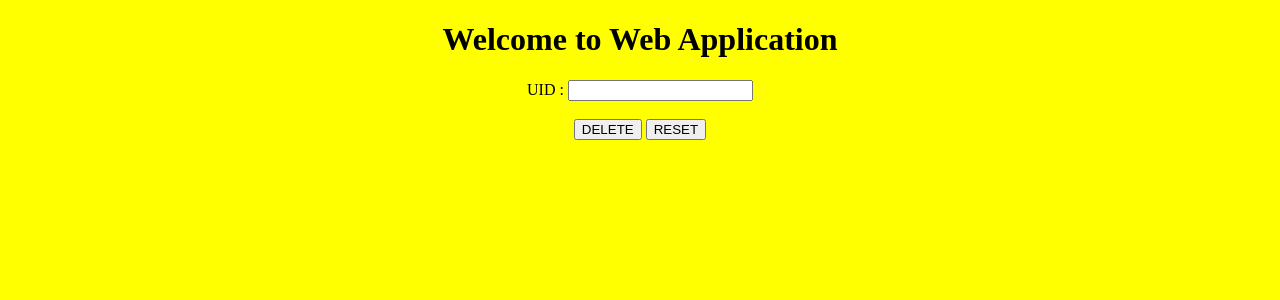
Repository: Thaneshwara848/JSP_Demo
Page: SLProject1/src/main/webapp/Register.html
An editor plug-in stored every save of this project. The page is shown before and after the next save, followed by the edit.
The browser window is 1280 px wide. The pictures show the whole page.

Above is the page before, as saved 2022-08-08 16:30:32.

After the next save:
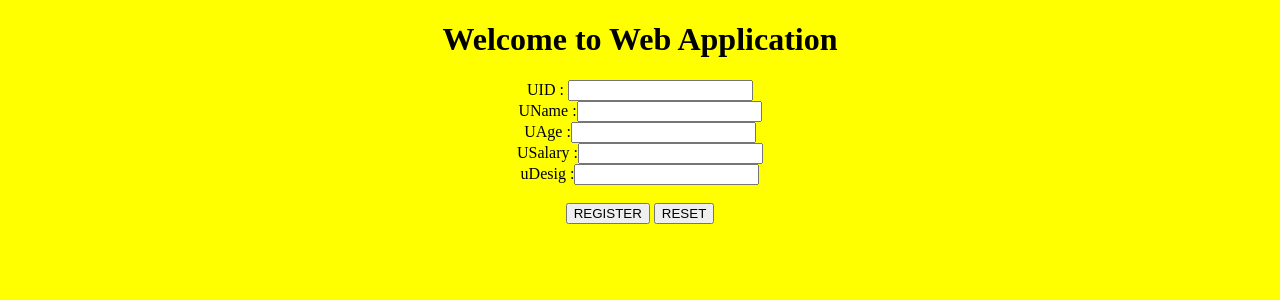
Saved 61 s later.
--- a/SLProject1/src/main/webapp/Register.html
+++ b/SLProject1/src/main/webapp/Register.html
@@ -5,18 +5,18 @@
 <title>Insert title here</title>
 </head>
 <body bgcolor="yellow">
-
-	<div style="text-align: center;">
-	<h1>Welcome to Web Application</h1>
-		<form action="RegisterDemo">
-			UID : <input type="text" name="uid"><br>
-
-			<br>
-			<input type="submit" value="DELETE">
-			<input type="reset" value="RESET">
+    <div style="text-align: center;">
+    <h1>Welcome to Web Application</h1>
+        <form action="RegisterDemo">
+            UID : <input type="text" name="uid"><br>
+            UName :<input type="text" name="uname"><br>
+            UAge :<input type="text" name="uage"><br>
+            USalary :<input type="text" name="usalary"><br>
+            uDesig :<input type="text" name="udesig"><br>
+            <br>
+            <input type="submit" value="REGISTER">
+            <input type="reset" value="RESET">
 
 
-
-		</form>
 	</body>
 </html>
